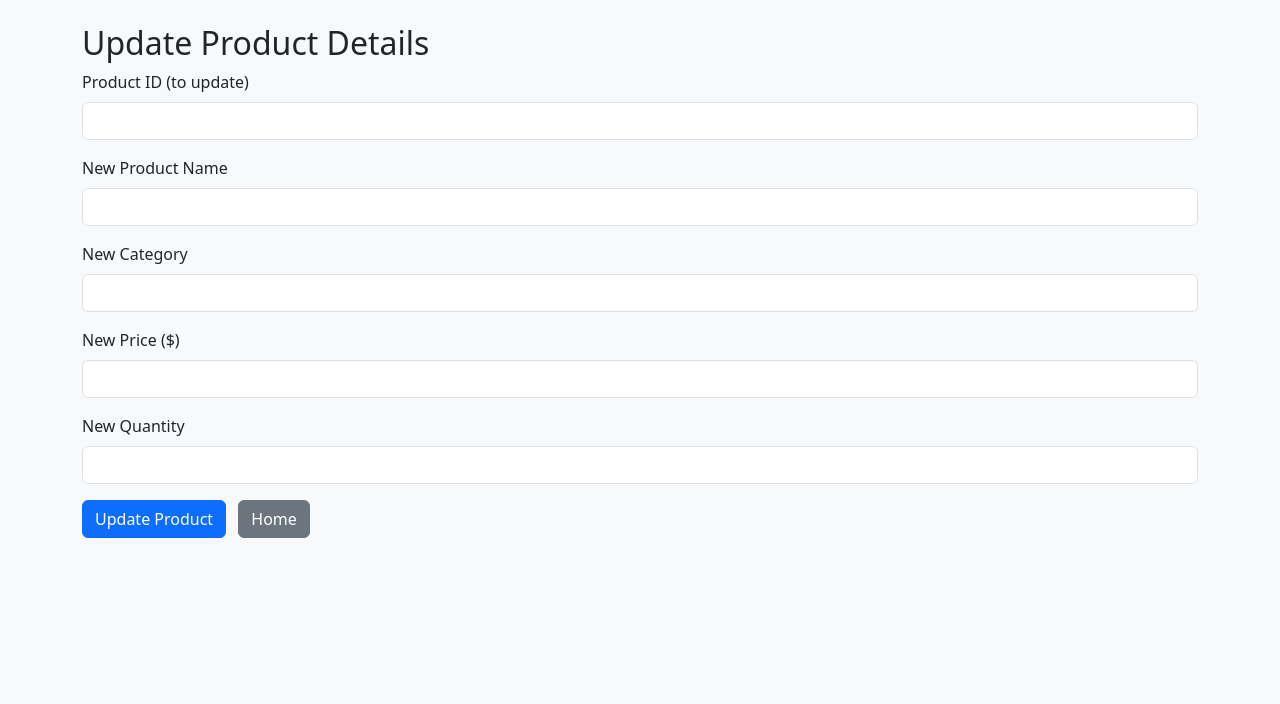
Repository: srushtinb/ProductManagementSystem
Page: http://localhost/ProductManagementSystem/productupdate.jsp
An editor plug-in stored every save of this project. The page is shown before and after the next save, followed by the edit.
The browser window is 1280 px wide. The pictures show the whole page.
Some web libraries are served in a nearby version. The page is served by Tomcat 9.

Above is the page before, as saved 2025-05-27 10:29:50.

After the next save:
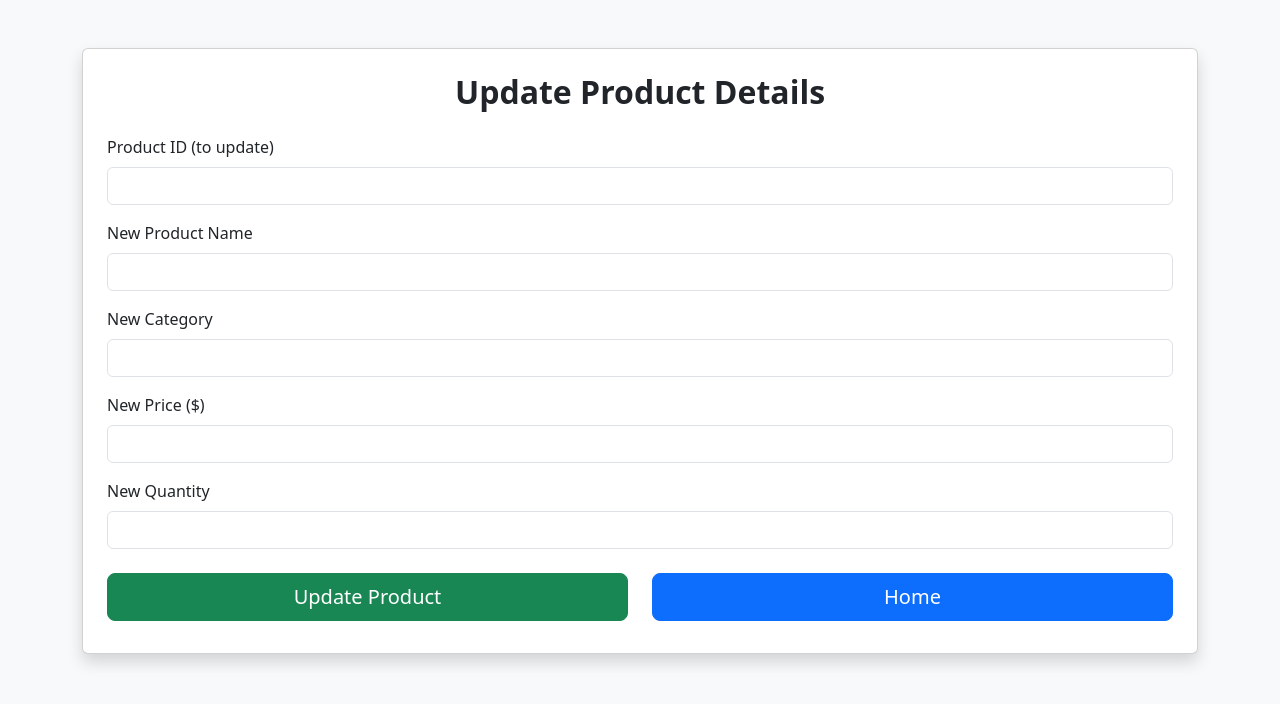
Saved 9 h 48 min later.
--- a/ProductManagementSystem/src/main/webapp/productupdate.jsp
+++ b/ProductManagementSystem/src/main/webapp/productupdate.jsp
@@ -3,60 +3,74 @@
 <html lang="en">
 <head>
     <title>Update Product</title>
-    <link href="https://cdn.jsdelivr.net/npm/bootstrap@5.4.3/dist/css/bootstrap.min.css" rel="stylesheet">
+    <link href="https://cdn.jsdelivr.net/npm/bootstrap@5.3.0/dist/css/bootstrap.min.css" rel="stylesheet">
 </head>
 <body class="bg-light">
-<div class="container py-4">
-    <h2>Update Product Details</h2>
-    <form action="UpdateProductServlet" method="post" class="needs-validation" novalidate>
-        <div class="mb-3">
-            <label for="id" class="form-label">Product ID (to update)</label>
-            <input type="number" class="form-control" id="id" name="id" required min="1">
-            <div class="invalid-feedback">Please provide Product ID.</div>
-        </div>
-        <div class="mb-3">
-            <label for="name" class="form-label">New Product Name</label>
-            <input type="text" class="form-control" id="name" name="name" required maxlength="100">
-            <div class="invalid-feedback">Please provide product name.</div>
-        </div>
-        <div class="mb-3">
-            <label for="category" class="form-label">New Category</label>
-            <input type="text" class="form-control" id="category" name="category" required maxlength="50">
-            <div class="invalid-feedback">Please provide category.</div>
-        </div>
-        <div class="mb-3">
-            <label for="price" class="form-label">New Price ($)</label>
-            <input type="number" step="0.01" class="form-control" id="price" name="price" required min="0">
-            <div class="invalid-feedback">Please provide price.</div>
-        </div>
-        <div class="mb-3">
-            <label for="quantity" class="form-label">New Quantity</label>
-            <input type="number" class="form-control" id="quantity" name="quantity" required min="0">
-            <div class="invalid-feedback">Please provide quantity.</div>
-        </div>
-        <button type="submit" class="btn btn-primary">Update Product</button>
-        <a href="index.jsp" class="btn btn-secondary ms-2">Home</a>
-    </form>
-    <br/>
-    <% if(request.getAttribute("message") != null) { %>
-        <div class="alert alert-info"><%= request.getAttribute("message") %></div>
-    <% } %>
+<div class="container py-5">
+    <div class="card shadow p-4">
+        <h2 class="mb-4 text-center fw-bold">Update Product Details</h2>
+
+        <form action="UpdateProductServlet" method="post" class="needs-validation" novalidate>
+            <div class="mb-3">
+                <label for="id" class="form-label">Product ID (to update)</label>
+                <input type="number" class="form-control" id="id" name="id" required min="1">
+                <div class="invalid-feedback">Please provide Product ID.</div>
+            </div>
+
+            <div class="mb-3">
+                <label for="name" class="form-label">New Product Name</label>
+                <input type="text" class="form-control" id="name" name="name" required maxlength="100">
+                <div class="invalid-feedback">Please provide product name.</div>
+            </div>
+
+            <div class="mb-3">
+                <label for="category" class="form-label">New Category</label>
+                <input type="text" class="form-control" id="category" name="category" required maxlength="50">
+                <div class="invalid-feedback">Please provide category.</div>
+            </div>
+
+            <div class="mb-3">
+                <label for="price" class="form-label">New Price ($)</label>
+                <input type="number" step="0.01" class="form-control" id="price" name="price" required min="0">
+                <div class="invalid-feedback">Please provide price.</div>
+            </div>
+
+            <div class="mb-3">
+                <label for="quantity" class="form-label">New Quantity</label>
+                <input type="number" class="form-control" id="quantity" name="quantity" required min="0">
+                <div class="invalid-feedback">Please provide quantity.</div>
+            </div>
+
+            <div class="row mt-4">
+                <div class="col-md-6 mb-2">
+                    <button type="submit" class="btn btn-success btn-lg w-100">Update Product</button>
+                </div>
+                <div class="col-md-6 mb-2">
+                    <a href="index.jsp" class="btn btn-primary btn-lg w-100">Home</a>
+                </div>
+            </div>
+        </form>
+
+        <% if (request.getAttribute("message") != null) { %>
+            <div class="alert alert-info mt-3"><%= request.getAttribute("message") %></div>
+        <% } %>
+    </div>
 </div>
 
 <script>
 (() => {
-  'use strict'
-  const forms = document.querySelectorAll('.needs-validation')
+  'use strict';
+  const forms = document.querySelectorAll('.needs-validation');
   Array.from(forms).forEach(form => {
     form.addEventListener('submit', event => {
-      if(!form.checkValidity()) {
-        event.preventDefault()
-        event.stopPropagation()
+      if (!form.checkValidity()) {
+        event.preventDefault();
+        event.stopPropagation();
       }
-      form.classList.add('was-validated')
-    }, false)
-  })
-})()
+      form.classList.add('was-validated');
+    }, false);
+  });
+})();
 </script>
 </body>
 </html>
